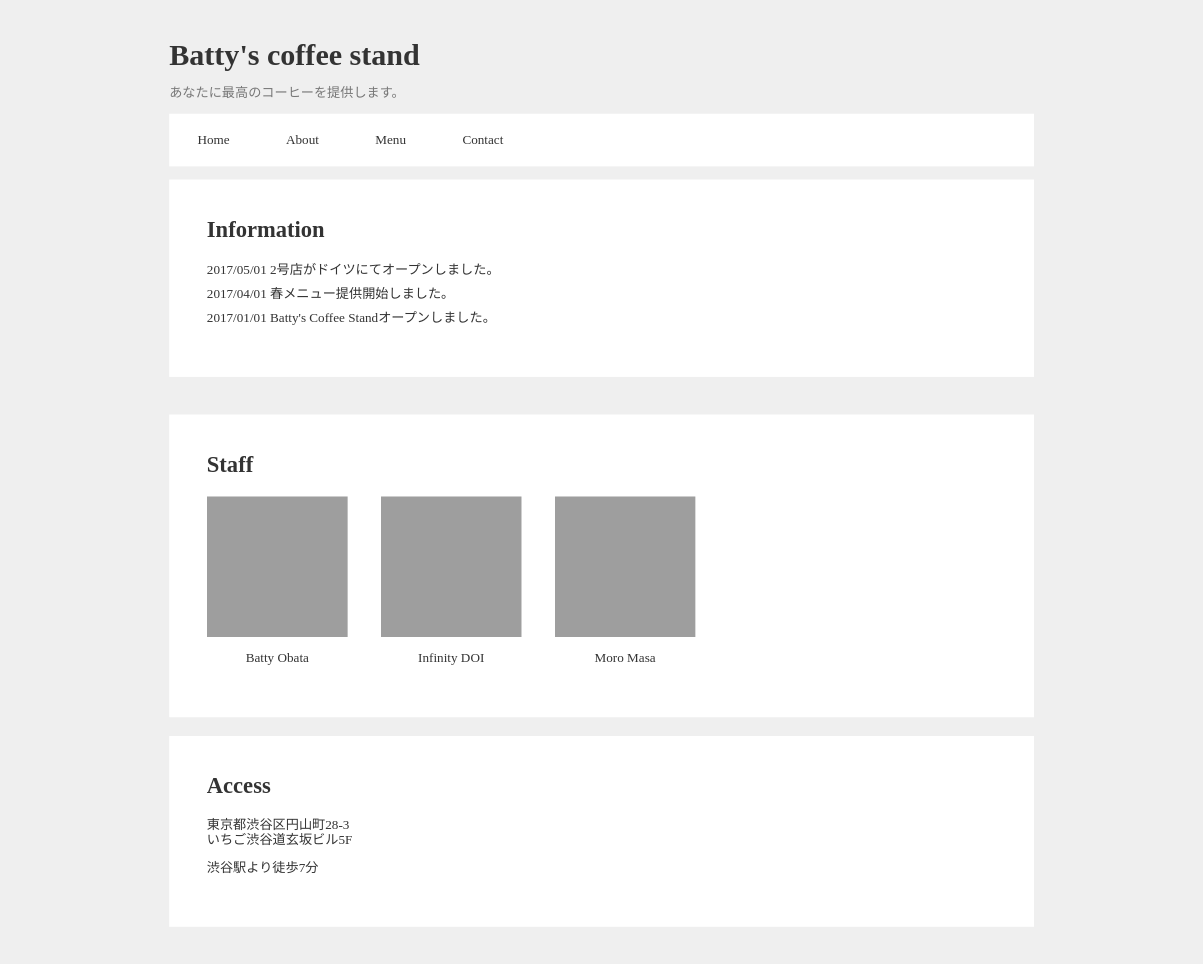
Repository: taku-su/kadai4
Page: html/batty_coffee_stand/index.html
The author's editor kept a record of every edit. The page is drawn from the files as they stood at one moment, then again after the next edit.
The browser window is 1280 px wide. The pictures show the whole page, at 94% of full size.
Pictures or frames that could not be fetched are drawn as grey boxes.

Above is the page before.

After the next edit:
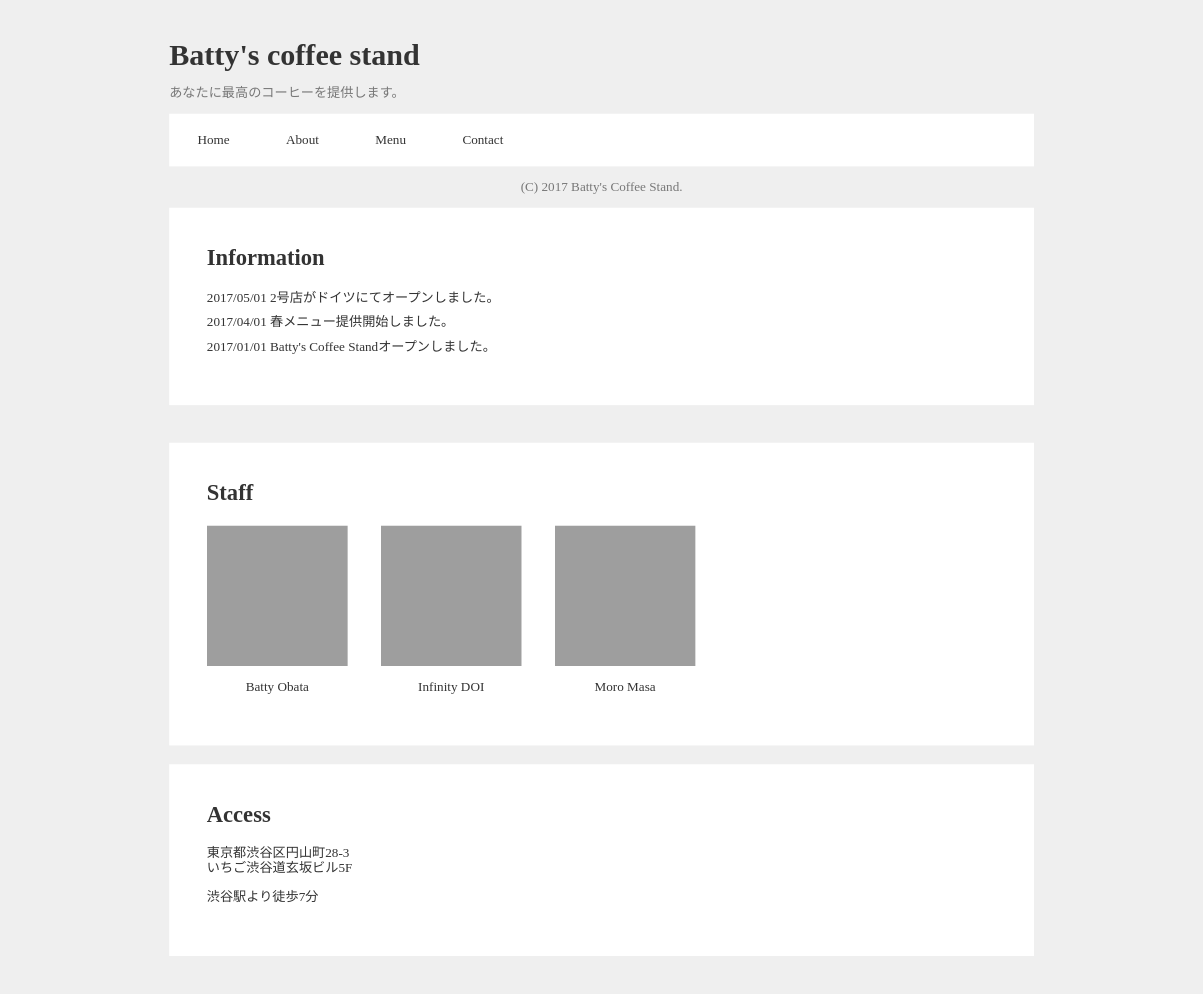
The edit:
--- a/html/batty_coffee_stand/index.html
+++ b/html/batty_coffee_stand/index.html
@@ -19,6 +19,10 @@
             <li><a href="#">Contact</a></li>
         </ul>
         <div class="main">
+            <footer>
+                <p class="copyright">(C) 2017 Batty's Coffee Stand.
+                </p>
+            </footer>
   <div class="container">
     <div class="card-contents">
       <h2 class="text-title">Information</h2>
